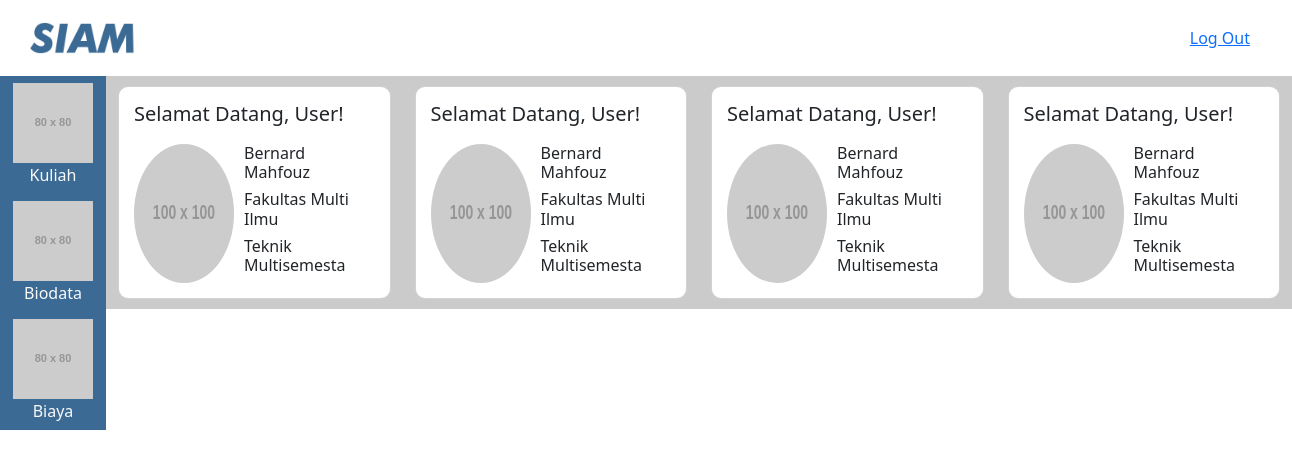
Repository: haikalirf/Project-IMK
Page: kuliah.html
These files come from the project's save history. The page is drawn as it stood at one moment and after the next save; the edit follows.
The browser window is 1280 px wide. The page is 1292 px wide, so the pictures cover 1292 px, including what lies to the right of the window. The pictures show the whole page.

Above is the page before, as saved 2022-12-10 13:59:57.

After the next save:
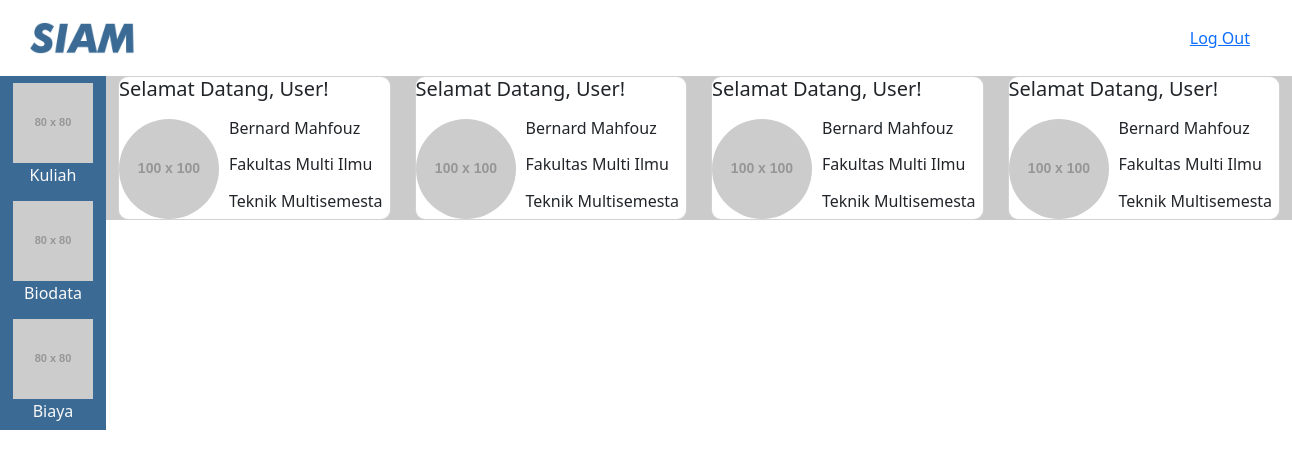
Saved 10 s later.
--- a/styles/kuliah.css
+++ b/styles/kuliah.css
@@ -41,8 +41,8 @@ main {
 }
 
 .card {
-	margin: 10px 0px;
-	padding: 15px;
+	/* margin: 10px 0px;
+	padding: 15px; */
 	border-radius: 10px;
 }
 

After the save that followed:
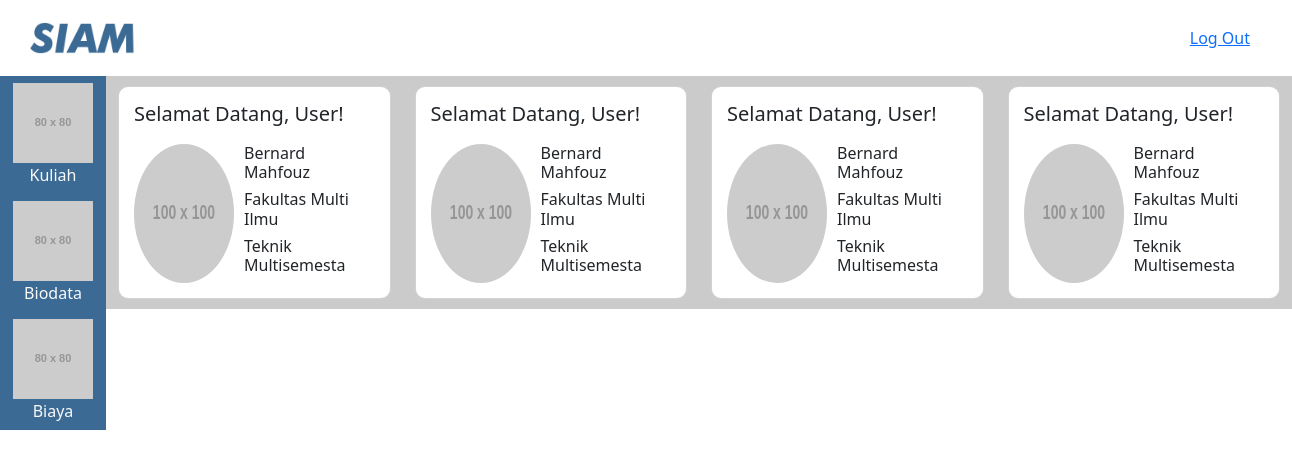
Saved 15 s later.
--- a/styles/kuliah.css
+++ b/styles/kuliah.css
@@ -31,7 +31,6 @@ a img, a label {
 }
 
 main {
-	/* width: calc(100% - 110px); */
 	width: 100%;
 }
 
@@ -41,8 +40,8 @@ main {
 }
 
 .card {
-	/* margin: 10px 0px;
-	padding: 15px; */
+	margin: 10px 0px;
+	padding: 15px;
 	border-radius: 10px;
 }
 
